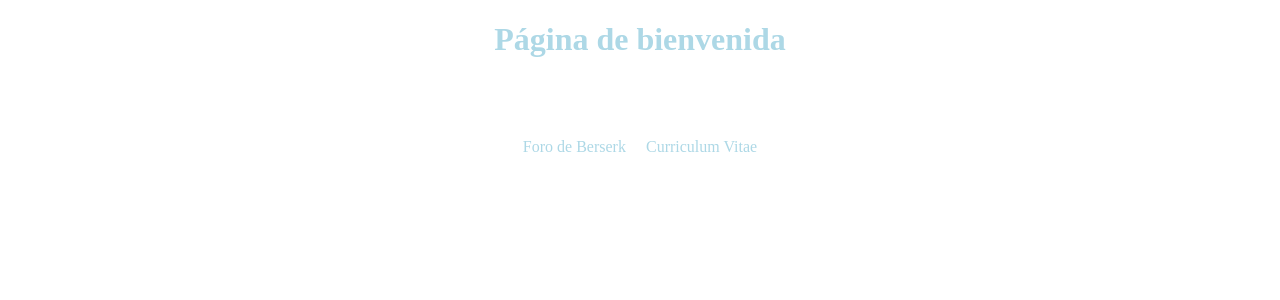
Repository: MateoSantander/Ejercicios4y5
Page: http://localhost/Ejercicio_4/
These files come from the project's save history. The page is drawn as it stood at one moment and after the next save; the edit follows.
The browser window is 1280 px wide. The pictures show the whole page.
The page is served by Tomcat 9. Other server files are loaded and not shown.

Above is the page before, as saved 2022-03-18 15:01:25.

### Ejercicio_4/src/main/webapp/index.html
<!DOCTYPE html>
<html>
<head>
<meta charset="UTF-8">
<title>Insert title here</title>
<link rel="stylesheet" href="css/index.css">
</head>
<body>
<header><h1>Página de bienvenida</h1></header>
	<nav>
		<a href="otrasPaginas/pagina_principal.html">Foro de Berserk</a>
		<a href="otrasPaginas/paginaCV.html">Curriculum Vitae</a>
		</nav>
</body>
</html>

### Ejercicio_4/src/main/webapp/css/index.css
@charset "ISO-8859-1";

body{
text-align:center;
}

header>h1{

       color:lightblue;
        text-align:center;
        border-radius: 5px;
       	background-color:white;
  }


nav>a{
	text-align:center;
    margin-top: 50px;
    border-radius: 5px;
    padding: 8px;
    background-color:white;
    display: inline-block;
    text-decoration: none;
    color: lightblue;
}

After the next save:
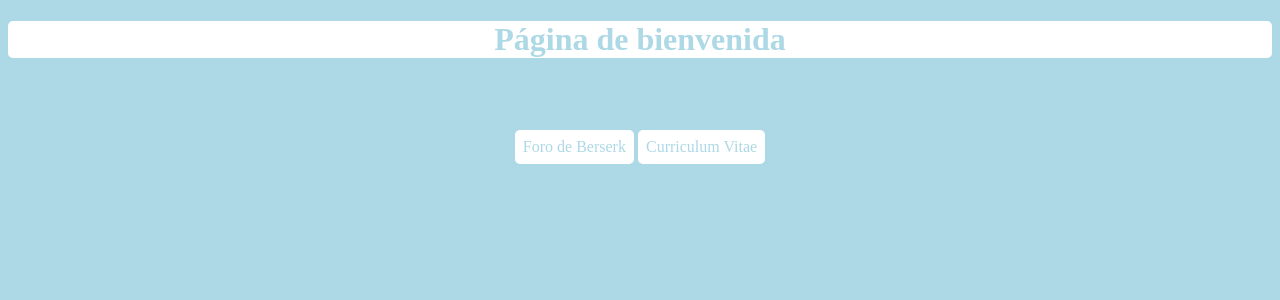
Saved 47 s later.
--- a/Ejercicio_4/src/main/webapp/css/index.css
+++ b/Ejercicio_4/src/main/webapp/css/index.css
@@ -1,6 +1,7 @@
 @charset "ISO-8859-1";
 
 body{
+background-color: lightblue;
 text-align:center;
 }
 
